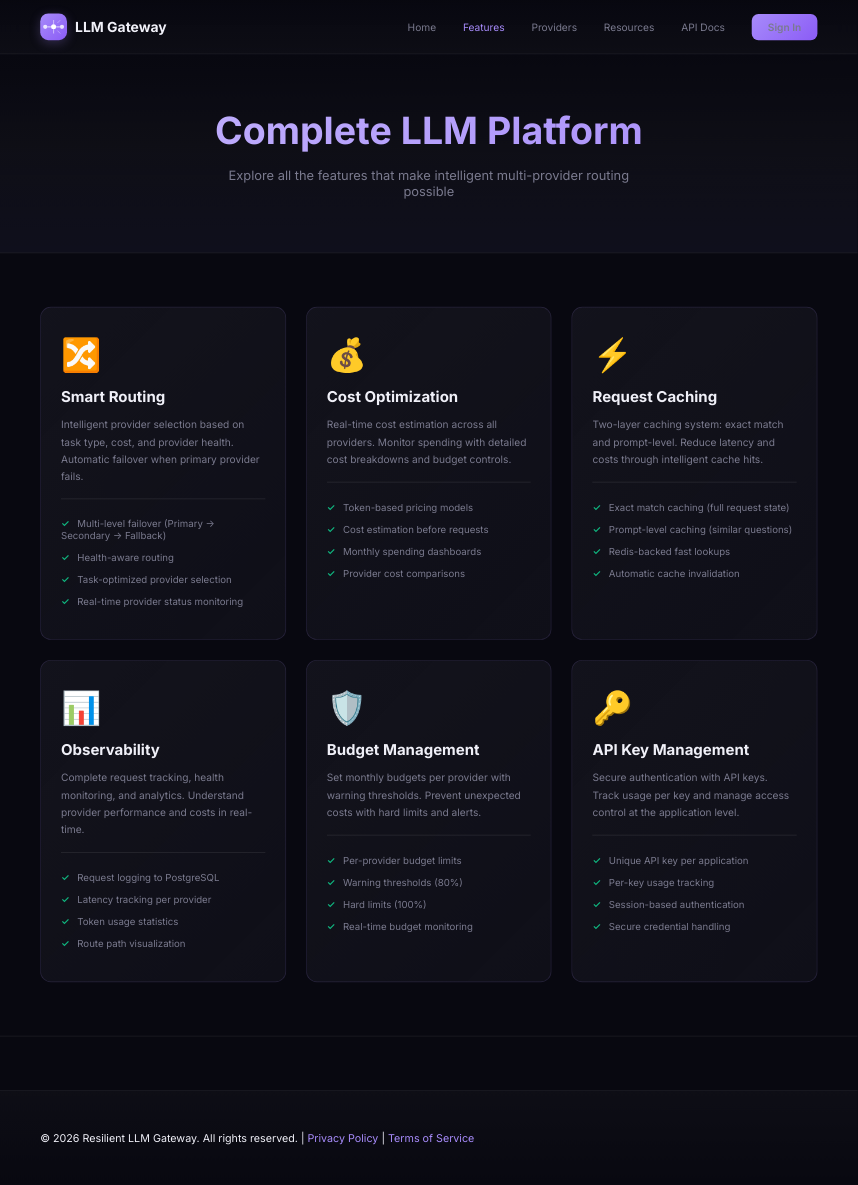
Repository: Poorna-Chandra-D/LLM-gateway
Page: app/features.html
These files come from the project's save history. The page is drawn as it stood at one moment and after the next save; the edit follows.
The browser window is 1280 px wide. The pictures show the whole page, at 67% of full size.

Above is the page before, as saved 2026-04-04 22:36:13.

After the next save:
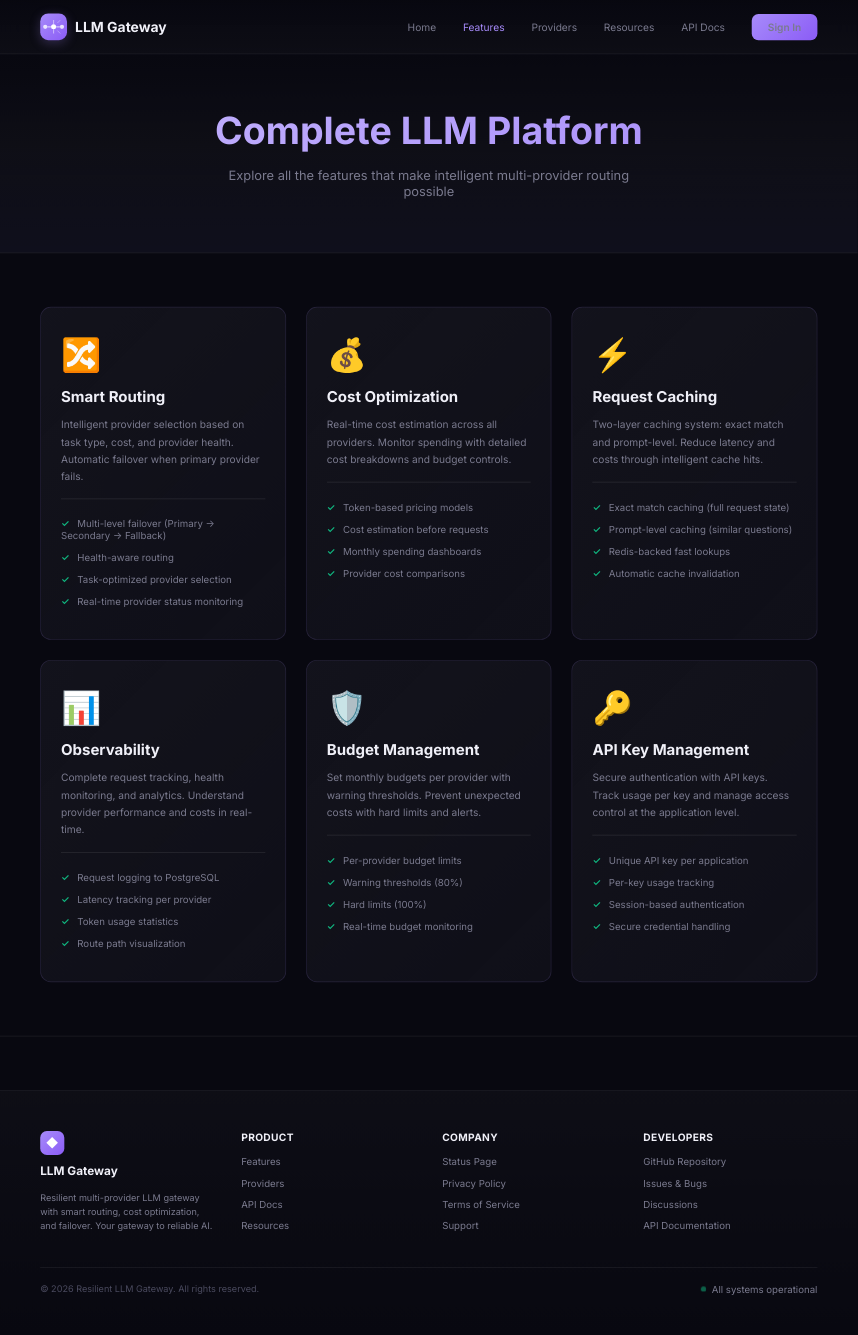
Saved 63 s later.
--- a/app/features.html
+++ b/app/features.html
@@ -537,7 +537,49 @@
 
     <!-- Footer -->
     <footer>
-        <p>© 2026 Resilient LLM Gateway. All rights reserved. | <a href="#" style="color: var(--accent); text-decoration: none;">Privacy Policy</a> | <a href="#" style="color: var(--accent); text-decoration: none;">Terms of Service</a></p>
+        <div class="footer-content">
+            <div class="footer-section footer-brand">
+                <div class="footer-logo">◆</div>
+                <div class="footer-brand-text">LLM Gateway</div>
+                <div class="footer-brand-desc">Resilient multi-provider LLM gateway with smart routing, cost optimization, and failover. Your gateway to reliable AI.</div>
+            </div>
+            <div class="footer-section">
+                <h3>Product</h3>
+                <ul>
+                    <li><a href="/features">Features</a></li>
+                    <li><a href="/providers">Providers</a></li>
+                    <li><a href="/api-docs">API Docs</a></li>
+                    <li><a href="/resources">Resources</a></li>
+                </ul>
+            </div>
+            <div class="footer-section">
+                <h3>Company</h3>
+                <ul>
+                    <li><a href="/status">Status Page</a></li>
+                    <li><a href="/privacy">Privacy Policy</a></li>
+                    <li><a href="/terms">Terms of Service</a></li>
+                    <li><a href="mailto:support@llmgateway.com">Support</a></li>
+                </ul>
+            </div>
+            <div class="footer-section">
+                <h3>Developers</h3>
+                <ul>
+                    <li><a href="https://github.com/Resilient-LLM-Gateway-Team-2/llm-gateway" target="_blank">GitHub Repository</a></li>
+                    <li><a href="https://github.com/Resilient-LLM-Gateway-Team-2/llm-gateway/issues" target="_blank">Issues & Bugs</a></li>
+                    <li><a href="https://github.com/Resilient-LLM-Gateway-Team-2/llm-gateway/discussions" target="_blank">Discussions</a></li>
+                    <li><a href="/api-docs">API Documentation</a></li>
+                </ul>
+            </div>
+        </div>
+        <div class="footer-divider">
+            <div class="footer-copy">© 2026 Resilient LLM Gateway. All rights reserved.</div>
+            <div class="footer-status">
+                <div class="status-indicator">
+                    <span class="status-dot"></span>
+                    All systems operational
+                </div>
+            </div>
+        </div>
     </footer>
 </body>
 </html>
